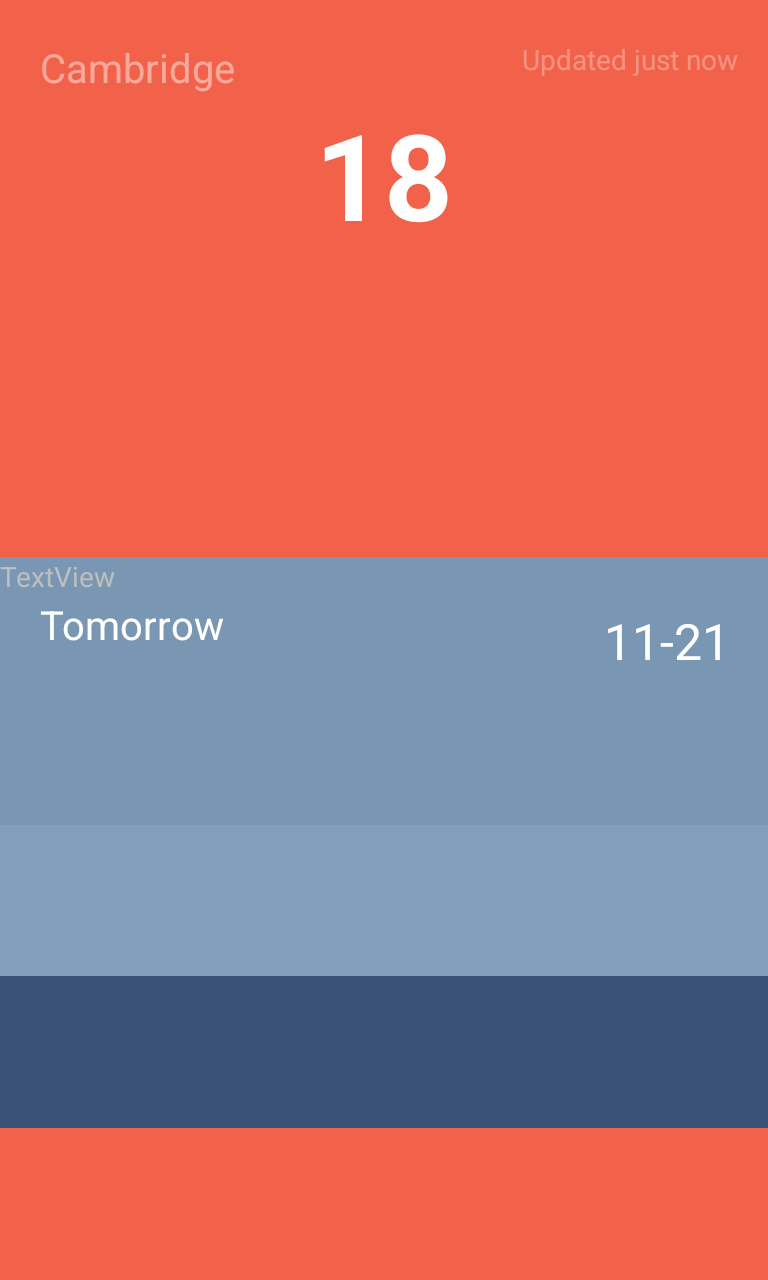
Repository: HarithaAmmuHari/Project
Layout: ExampleAnoop/res/layout/activity_main.xml
The author's editor kept a copy of each file at every save. The layout is drawn from the files as they stood at one save, then again after the next save.
It is drawn on a 768 x 1280 px phone screen (xhdpi) without system bars, with theme android:Theme; the app's code is not run.

Above is the layout before, as saved 2015-01-24 05:35:51.

### ExampleAnoop/res/layout/activity_main.xml
<LinearLayout xmlns:android="http://schemas.android.com/apk/res/android"
    xmlns:tools="http://schemas.android.com/tools"
    android:id="@+id/LinearLayout1"
    android:layout_width="match_parent"
    android:layout_height="match_parent"
    android:orientation="vertical"
    android:weightSum="12.0"
    tools:context="com.example.exampleanoop.MainActivity" >

    <RelativeLayout
        android:layout_width="match_parent"
        android:layout_height="wrap_content"
        android:background="#F26149"
        android:layout_weight="4.0" >

        <TextView
            android:id="@+id/textView1"
            android:layout_width="wrap_content"
            android:layout_height="wrap_content"
            android:layout_alignParentLeft="true"
            android:layout_alignParentTop="true"
            android:layout_marginLeft="20dp"
            android:layout_marginTop="20dp"
            android:text="Cambridge"
            android:textColor="#75ffffff"
            android:textSize="20dp" />

        <TextView
            android:id="@+id/textView2"
            android:layout_width="wrap_content"
            android:layout_height="wrap_content"
           android:layout_marginTop="20dp"
           android:layout_marginRight="15dp"
            android:layout_alignParentRight="true"
            android:text="Updated just now"
            android:textColor="#50ffffff" />

        <TextView
            android:id="@+id/textView3"
            android:layout_width="wrap_content"
            android:layout_height="wrap_content"
            android:layout_below="@+id/textView1"
            android:layout_centerHorizontal="true"
            android:layout_centerVertical="true"
            android:text="18"
            android:textAppearance="?android:attr/textAppearanceLarge"
            android:textColor="#ffffff"
            android:textSize="60sp"
            android:textStyle="bold" />

    </RelativeLayout>

    <RelativeLayout
        android:layout_width="match_parent"
        android:layout_height="wrap_content"
        android:background="#7997B2"
        android:layout_weight="2.0" >

        <TextView
            android:id="@+id/textView4"
            android:layout_width="wrap_content"
            android:layout_height="wrap_content"
            android:layout_alignParentLeft="true"
            android:layout_marginTop="20dp"
           android:layout_marginLeft="20dp"
            android:text="Tomorrow"
            android:textColor="#ffffff"
            android:textSize="20dp"/>

        <TextView
            android:id="@+id/textView5"
            android:layout_width="wrap_content"
            android:layout_height="wrap_content"
           android:layout_marginTop="25dp"
            android:layout_alignParentRight="true"
            android:layout_marginRight="19dp"
            android:text="11-21"
            android:textColor="#ffffff"
            android:textSize="25dp"
            android:textAppearance="?android:attr/textAppearanceLarge" />

        <TextView
            android:id="@+id/textView6"
            android:layout_width="wrap_content"
            android:layout_height="wrap_content"

            android:layout_marginBottom="10dp"
            android:text="TextView" />

    </RelativeLayout>

    <RelativeLayout
        android:layout_width="match_parent"
        android:layout_height="wrap_content"
        android:layout_weight="2.0"
        android:background="#819FBA" >
    </RelativeLayout>

    <RelativeLayout
        android:layout_width="match_parent"
        android:layout_height="wrap_content"
        android:layout_weight="2.0"
        android:background="#3A5276" >
    </RelativeLayout>

    <RelativeLayout
        android:layout_width="match_parent"
        android:layout_height="wrap_content"
        android:layout_weight="2.0"
        android:background="#F26149" >
    </RelativeLayout>

</LinearLayout>

After the next save:
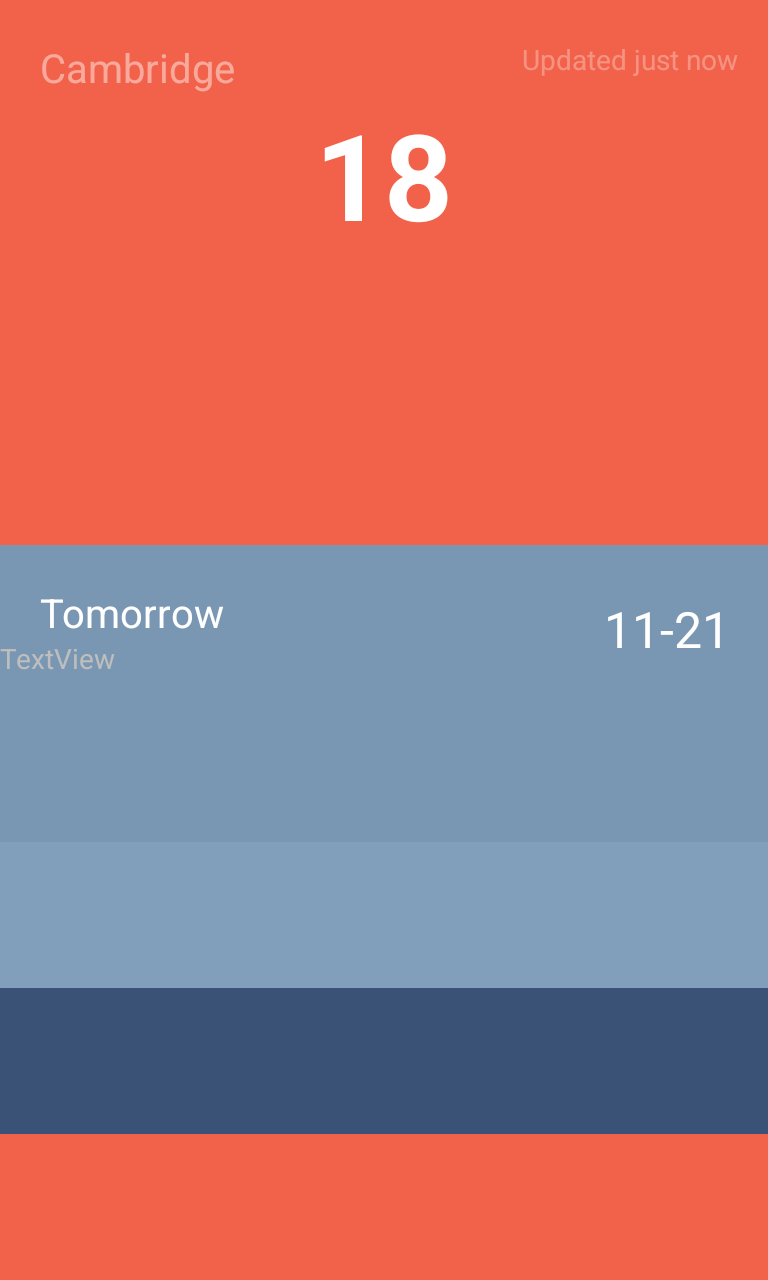
Saved 33 s later.
--- a/ExampleAnoop/res/layout/activity_main.xml
+++ b/ExampleAnoop/res/layout/activity_main.xml
@@ -83,7 +83,7 @@
             android:id="@+id/textView6"
             android:layout_width="wrap_content"
             android:layout_height="wrap_content"
-
+            android:layout_below="@+id/textView4"
             android:layout_marginBottom="10dp"
             android:text="TextView" />
 
